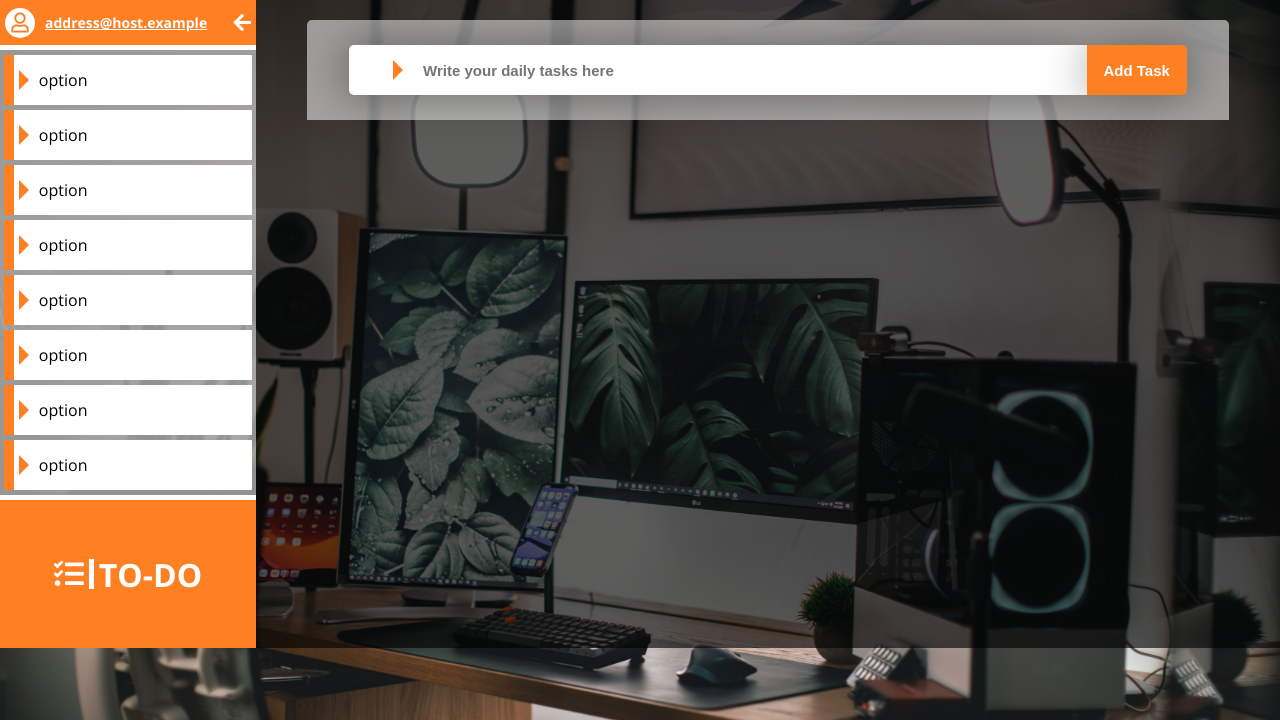
Repository: OmarEssameldinMousa/To-do-list-level01
Page: index.html
The author's editor kept a copy of each file at every save. The page is drawn from the files as they stood at one save, then again after the next save.
The browser window is 1280 px wide. The pictures show the whole page.

Above is the page before, as saved 2023-08-08 12:57:42.

After the next save:
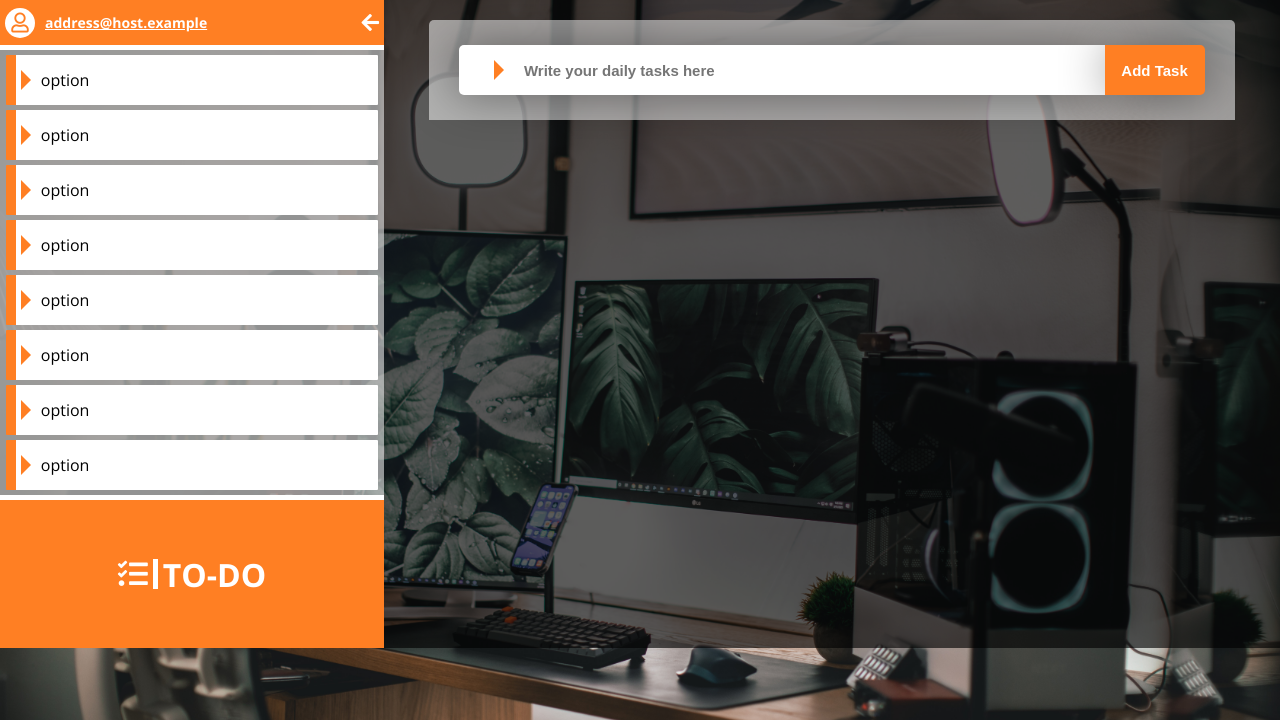
Saved 54 s later.
--- a/main.css
+++ b/main.css
@@ -44,7 +44,7 @@ ul {
 }
 
 .nav {
-    min-width: 20%;
+    min-width: 30%;
     height: 100%;
     position: relative;
 }
